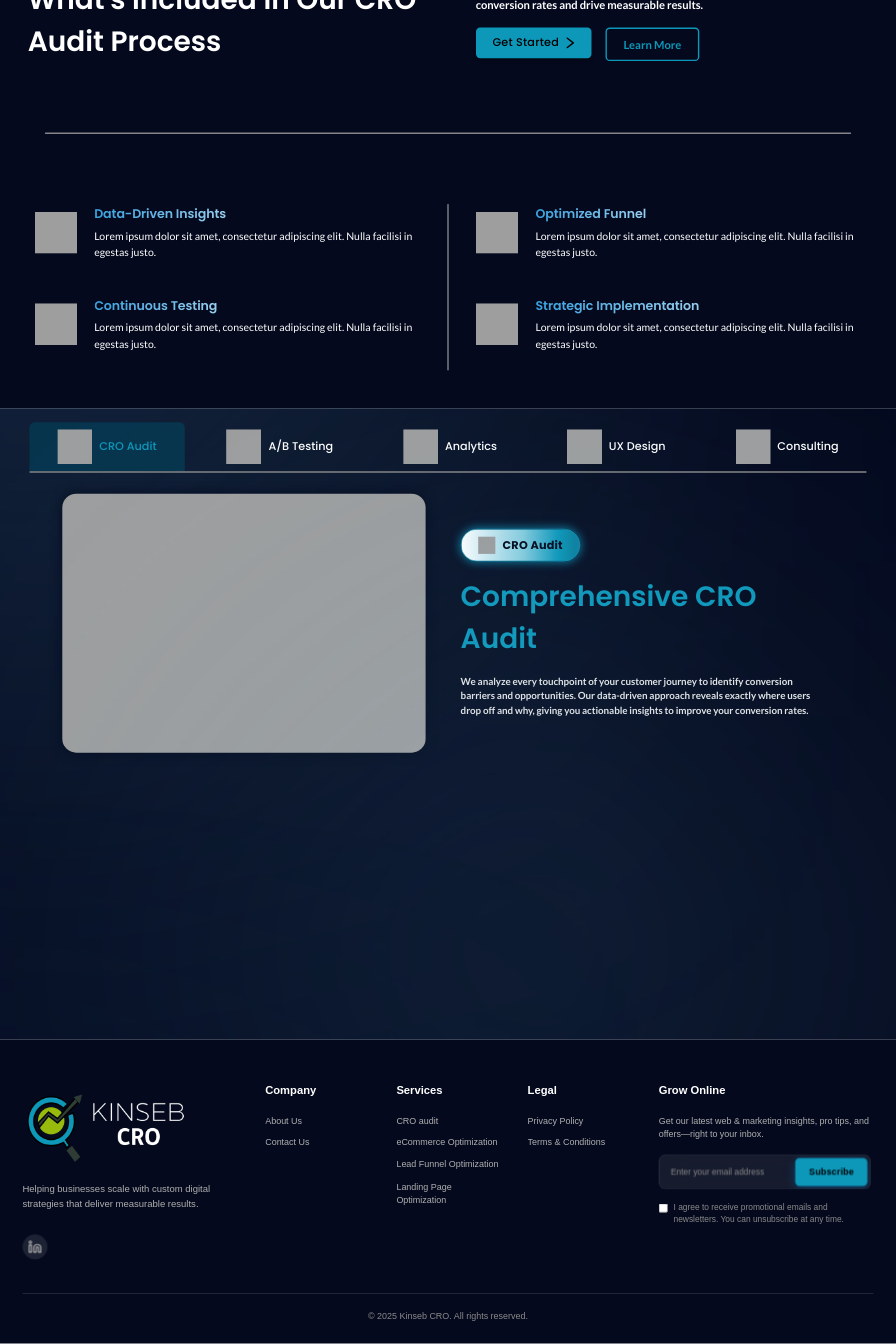
Repository: YahyaK01/kinseb
Page: /services
An editor plug-in stored every save of this project. The page is shown before and after the next save, followed by the edit.
The browser window is 1280 px wide. The pictures show the part of the page from y = 1815 to 3735 px (the page is 3735 px tall before and 3713 px after), at 70% of full size.
Pictures or frames that could not be fetched are drawn as grey boxes. The project was rebuilt for these pictures with package versions that can differ from the ones it lists, and the page was loaded fresh each time. Also part of the build but not shown: src/components/FAQ.js, src/components/CTA.jsx, src/components/MetricsSection.jsx, src/components/WhyCROMatter.jsx, src/components/Processsection.jsx, src/components/Hero.jsx, src/components/CEO.jsx, src/components/Testimonia.jsx and 14 more.

Above is the page before, as saved 2025-12-05 18:15:13.

After the next save:
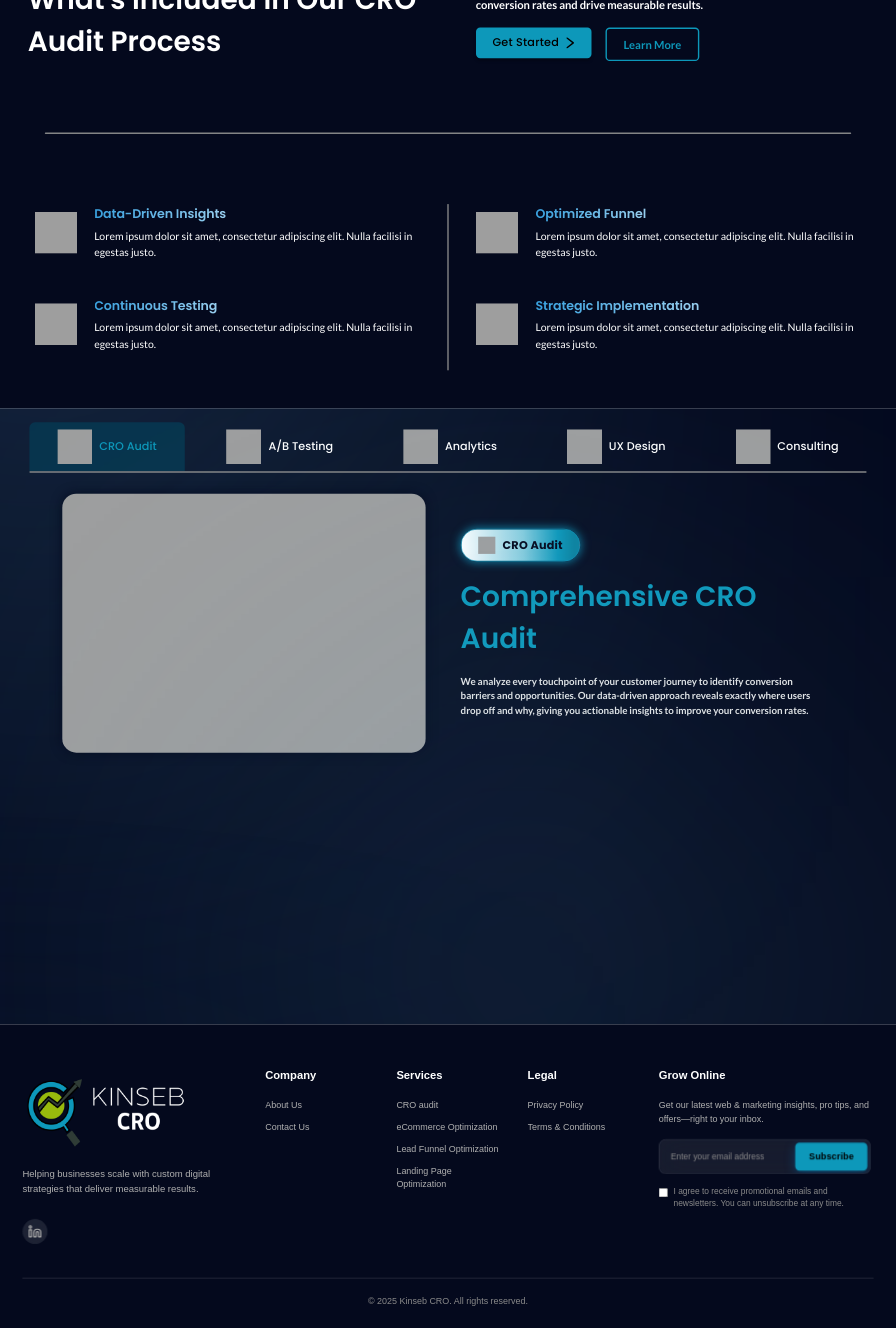
Saved 3 min 55 s later.
--- a/src/components/ServiceTabSection.jsx
+++ b/src/components/ServiceTabSection.jsx
@@ -125,12 +125,13 @@
   };
 
   // Header Section Styles
+// Header Section Styles
   const headerContainerStyle = {
     display: 'flex',
     flexDirection: 'column',
     alignItems: 'center',
     padding: '0px',
-    gap: '30px',
+    gap: '8px', // Reduced from 15px to 8px
     width: '100%',
     maxWidth: '1440px',
     zIndex: 5,
